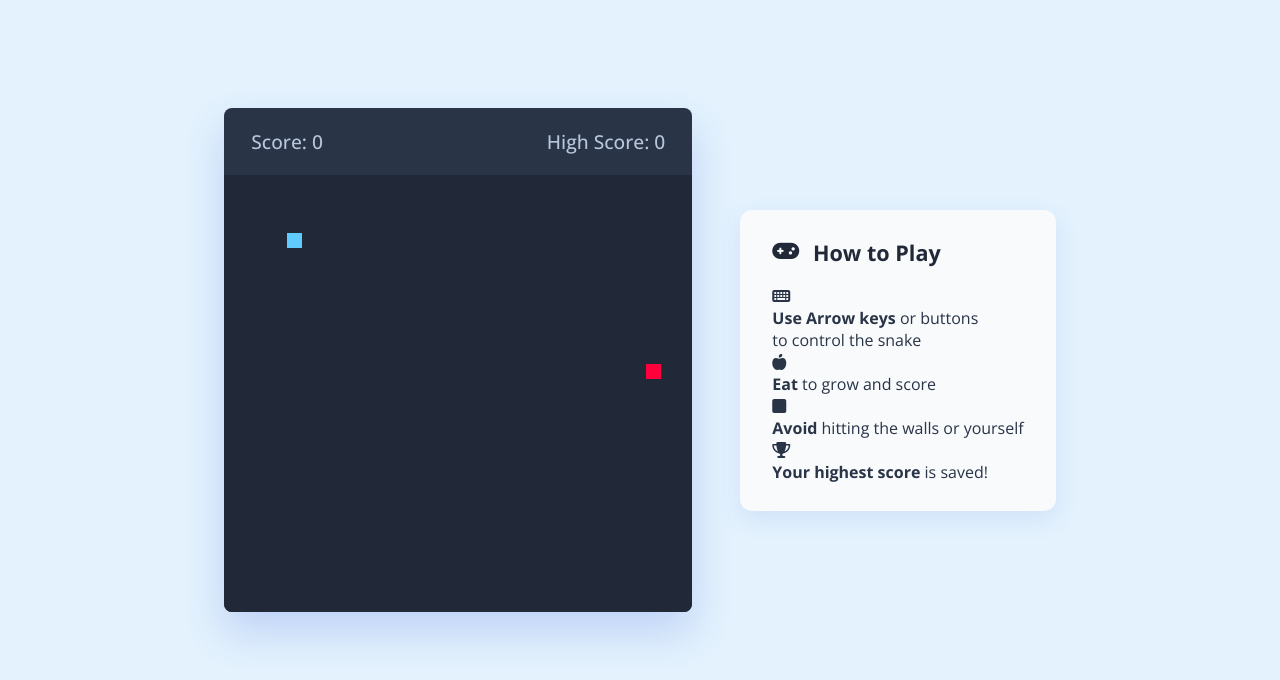
Repository: BinaryVortex/Snake-Game-React
Page: /
The author's editor kept a copy of each file at every save. The page is drawn from the files as they stood at one save, then again after the next save.
The browser window is 1280 px wide. The pictures show the whole page.
The project was rebuilt for these pictures with package versions that can differ from the ones it lists, and the page was loaded fresh each time.

Above is the page before, as saved 2025-08-12 09:24:03.

### src/index.js
import React from 'react'
import ReactDOM from 'react-dom/client'
import App from './App'
import '@fortawesome/fontawesome-free/css/all.min.css'

const root = ReactDOM.createRoot(document.getElementById('root'))
root.render(
  <React.StrictMode>
    <App />
  </React.StrictMode>
)

### src/App.js
import React from 'react'
import SnakeGame from './SnakeGame'

function App() {
  return (
    <div>
      <SnakeGame />
    </div>
  )
}

export default App

### src/SnakeGame.js
import React, { useEffect, useRef, useState } from 'react'
import './SnakeGame.sass'

const BOARD_SIZE = 30

const getRandomPosition = () => ({
  x: Math.floor(Math.random() * BOARD_SIZE) + 1,
  y: Math.floor(Math.random() * BOARD_SIZE) + 1,
})

const SnakeGame = () => {
  const [food, setFood] = useState(getRandomPosition())
  const [snake, setSnake] = useState([{ x: 5, y: 5 }])
  const [direction, setDirection] = useState({ x: 0, y: 0 })
  const [score, setScore] = useState(0)
  const [highScore, setHighScore] = useState(
    Number(localStorage.getItem('high-score')) || 0
  )
  const [gameOver, setGameOver] = useState(false)
  const intervalRef = useRef(null)

  const changeDirection = (key) => {
    if (key === 'ArrowUp' && direction.y !== 1) setDirection({ x: 0, y: -1 })
    else if (key === 'ArrowDown' && direction.y !== -1) setDirection({ x: 0, y: 1 })
    else if (key === 'ArrowLeft' && direction.x !== 1) setDirection({ x: -1, y: 0 })
    else if (key === 'ArrowRight' && direction.x !== -1) setDirection({ x: 1, y: 0 })
  }

  useEffect(() => {
    const handleKeyUp = (e) => changeDirection(e.key)
    window.addEventListener('keyup', handleKeyUp)
    return () => window.removeEventListener('keyup', handleKeyUp)
  })

  const controlKeys = ['ArrowLeft', 'ArrowUp', 'ArrowRight', 'ArrowDown']

  useEffect(() => {
    if (gameOver) {
      clearInterval(intervalRef.current)
      setTimeout(() => {
        alert('Game Over! Press OK to replay...')
        window.location.reload()
      }, 50)
      return
    }

    intervalRef.current = setInterval(() => {
      setSnake((prevSnake) => {
        const head = { ...prevSnake[0] }
        head.x += direction.x
        head.y += direction.y

        if (
          head.x <= 0 ||
          head.x > BOARD_SIZE ||
          head.y <= 0 ||
          head.y > BOARD_SIZE ||
          prevSnake.some((segment, i) => i !== 0 && segment.x === head.x && segment.y === head.y)
        ) {
          setGameOver(true)
          return prevSnake
        }

        let newSnake = [head, ...prevSnake.slice(0, -1)]

        if (head.x === food.x && head.y === food.y) {
          setFood(getRandomPosition())
          newSnake = [head, ...prevSnake]
          setScore((s) => {
            const nextScore = s + 1
            if (nextScore > highScore) {
              setHighScore(nextScore)
              localStorage.setItem('high-score', nextScore)
            }
            return nextScore
          })
        }

        return newSnake
      })
    }, 100)

    return () => clearInterval(intervalRef.current)
  }, [direction, food, gameOver, highScore])

  useEffect(() => {
    setDirection({ x: 0, y: 0 })
  }, [])

  const cells = []
  cells.push(
    <div
      key="food"
      className="food"
      style={{ gridArea: `${food.y} / ${food.x}` }}
    />
  )
  snake.forEach((segment, i) => {
    cells.push(
      <div
        key={`snake-${i}`}
        className="head"
        style={{ gridArea: `${segment.y} / ${segment.x}` }}
      />
    )
  })

  return (
    <div className="snake-centerer">
      <div className="snake-layout">
        <div className="wrapper">
          <div className="game-details">
            <span className="score">Score: {score}</span>
            <span className="high-score">High Score: {highScore}</span>
          </div>
          <div className="play-board">{cells}</div>
          <div className="controls">
            {controlKeys.map((key) => (
              <i
                key={key}
                data-key={key}
                className={`fa-solid fa-arrow-${key
                  .replace('Arrow', '')
                  .toLowerCase()}-long`}
                onClick={() => changeDirection(key)}
              />
            ))}
          </div>
        </div>
        <div className="how-to-play-card">
          <h2>
            <i className="fa-solid fa-gamepad"></i>
            &nbsp;How to Play
          </h2>
          <div className="htp-list">
            <div className="htp-row">
              <i className="fa-solid fa-keyboard htp-icon blue"></i>
              <div>
                <b>Use Arrow keys</b> or buttons<br />
                to control the snake
              </div>
            </div>
            <div className="htp-row">
              <i className="fa-solid fa-apple-whole htp-icon red"></i>
              <div>
                <b>Eat</b> <span className="food-icon"></span> to grow and score
              </div>
            </div>
            <div className="htp-row">
              <i className="fa-solid fa-square htp-icon cyan"></i>
              <div>
                <b>Avoid</b> hitting the walls or yourself
              </div>
            </div>
            <div className="htp-row">
              <i className="fa-solid fa-trophy htp-icon gold"></i>
              <div>
                <b>Your highest score</b> is saved!
              </div>
            </div>
          </div>
        </div>
      </div>
    </div>
  )
}

export default SnakeGame

### src/SnakeGame.sass
@import url('https://fonts.googleapis.com/css2?family=Open+Sans:wght@300;400;500;600;700&display=swap')

*
  margin: 0
  padding: 0
  box-sizing: border-box
  font-family: 'Open Sans', sans-serif

body
  background: #e3f2fd
  min-height: 100vh

.snake-centerer
  min-height: 100vh
  width: 100vw
  display: flex
  align-items: center
  justify-content: center
  // For mobile, adjust padding
  padding: 0

.snake-layout
  display: flex
  align-items: center
  justify-content: center
  gap: 48px

.wrapper
  width: 65vmin
  height: 70vmin
  display: flex
  overflow: hidden
  flex-direction: column
  justify-content: center
  background: #293447
  border-radius: 8px
  box-shadow: 0 20px 40px rgba(52, 87, 220, 0.2)

.game-details
  color: #b8c6dc
  font-weight: 500
  font-size: 1.2rem
  padding: 20px 27px
  display: flex
  justify-content: space-between

.play-board
  height: 100%
  width: 100%
  display: grid
  background: #212837
  grid-template: repeat(30, 1fr) / repeat(30, 1fr)
  .food
    background: #ff003d
  .head
    background: #60cbff

.controls
  display: none
  justify-content: space-between
  i
    padding: 25px 0
    text-align: center
    font-size: 1.3rem
    color: #b8c6dc
    width: calc(100% / 4)
    cursor: pointer
    border-right: 1px solid #171b26

.how-to-play-card
  min-width: 270px
  max-width: 320px
  background: #f8fafc
  border-radius: 12px
  box-shadow: 0 8px 24px rgba(52, 87, 220, 0.10)
  color: #293447
  text-align: left
  padding: 28px 32px
  margin-top: 0
  h2
    font-size: 1.35rem
    margin-bottom: 18px
    font-weight: 700
    color: #212837
    display: flex
    align-items: center
    gap: 8px
  ul
    list-style: none
    padding: 0
    margin: 0
    li
      font-size: 1.07rem
      margin: 18px 0
      display: flex
      align-items: center
      gap: 8px
      i
        color: #60cbff
        font-size: 1.1rem
      .food-icon
        display: inline-block
        width: 18px
        height: 18px
        border-radius: 4px
        background: #ff003d
        vertical-align: middle
        margin-bottom: -2px

@media screen and (max-width: 1100px)
  .snake-layout
    gap: 24px

@media screen and (max-width: 900px)
  .snake-centerer
    padding-top: 18px
  .snake-layout
    flex-direction: column
    align-items: center
    gap: 18px
  .how-to-play-card
    max-width: 95vw
    margin: 0 auto 32px auto

@media screen and (max-width: 800px)
  .wrapper
    width: 90vmin
    height: 115vmin

  .game-details
    font-size: 1rem
    padding: 15px 27px

  .controls
    display: flex
    i
      padding: 15px 0
      font-size: 1rem

Loaded but not shown: public/index.html (common file)

After the next save:
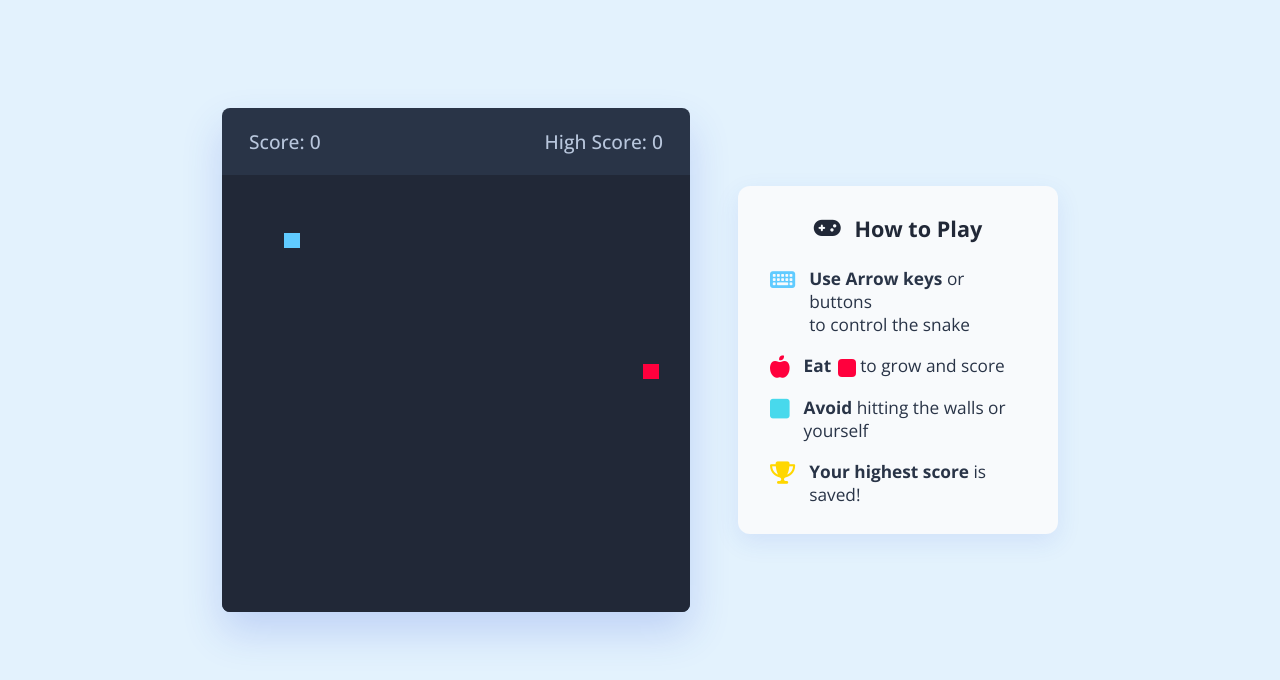
Saved 10 s later.
--- a/src/SnakeGame.sass
+++ b/src/SnakeGame.sass
@@ -16,7 +16,6 @@ body
   display: flex
   align-items: center
   justify-content: center
-  // For mobile, adjust padding
   padding: 0
 
 .snake-layout
@@ -79,33 +78,46 @@ body
   margin-top: 0
   h2
     font-size: 1.35rem
-    margin-bottom: 18px
+    margin-bottom: 24px
     font-weight: 700
     color: #212837
     display: flex
     align-items: center
     gap: 8px
-  ul
-    list-style: none
-    padding: 0
-    margin: 0
-    li
-      font-size: 1.07rem
-      margin: 18px 0
-      display: flex
-      align-items: center
-      gap: 8px
-      i
+    justify-content: center
+
+  .htp-list
+    display: flex
+    flex-direction: column
+    gap: 18px
+
+  .htp-row
+    display: flex
+    align-items: flex-start
+    gap: 14px
+    font-size: 1.08rem
+
+    .htp-icon
+      font-size: 1.4rem
+      margin-top: 2px
+      &.blue
         color: #60cbff
-        font-size: 1.1rem
-      .food-icon
-        display: inline-block
-        width: 18px
-        height: 18px
-        border-radius: 4px
-        background: #ff003d
-        vertical-align: middle
-        margin-bottom: -2px
+      &.red
+        color: #ff003d
+      &.cyan
+        color: #48d9ec
+      &.gold
+        color: #ffd700
+
+    .food-icon
+      display: inline-block
+      width: 18px
+      height: 18px
+      border-radius: 4px
+      background: #ff003d
+      vertical-align: middle
+      margin-bottom: -2px
+      margin-left: 2px
 
 @media screen and (max-width: 1100px)
   .snake-layout
